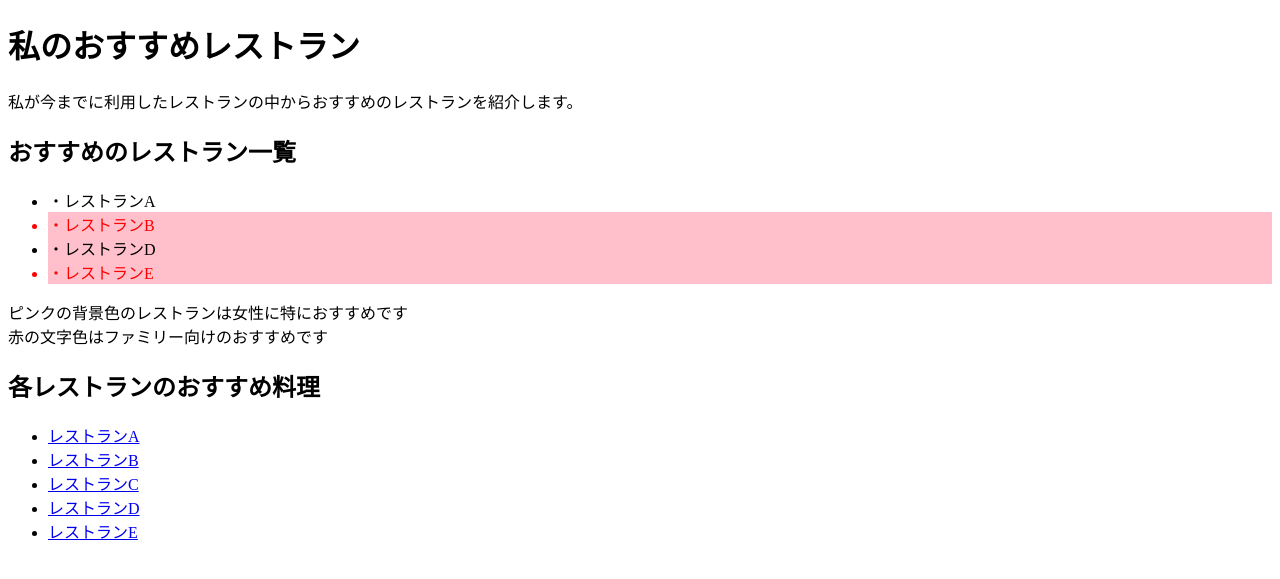
Repository: KubotaAtsushi/samurai_HTML-CSS
Page: test.html
The author's editor kept a record of every edit. The page is drawn from the files as they stood at one moment, then again after the next edit.
The browser window is 1280 px wide. The pictures show the whole page.

Above is the page before.

After the next edit:
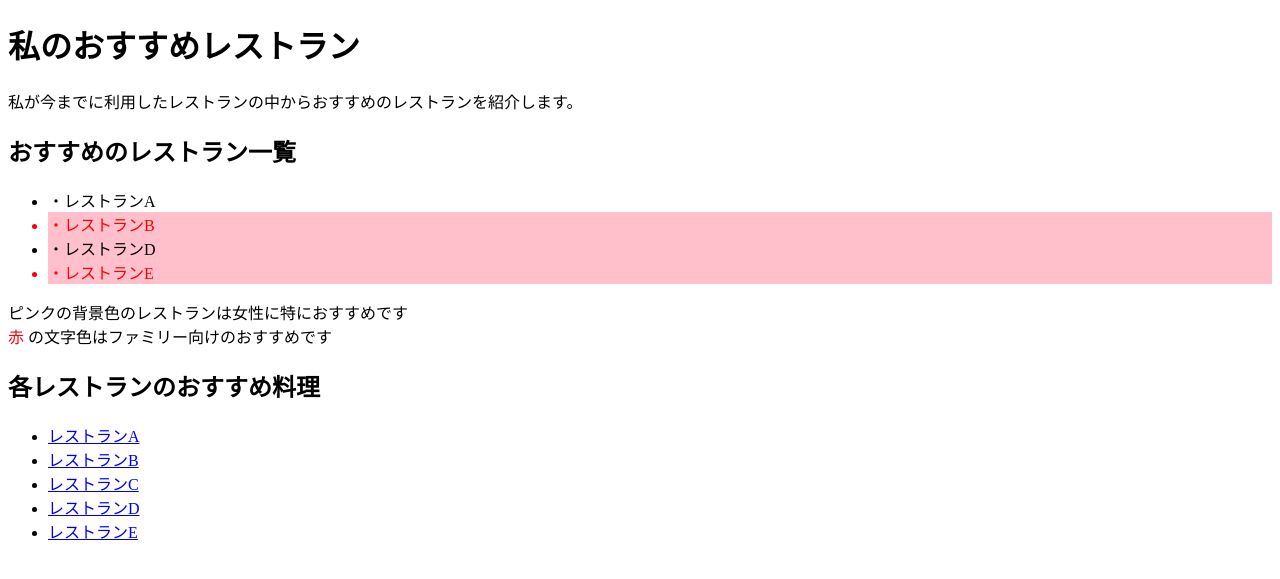
The edit:
--- a/test.html
+++ b/test.html
@@ -18,7 +18,8 @@
                      <font color="red"><li>・レストランE</li></font>
                 </ul>
                 <p>ピンクの背景色のレストランは女性に特におすすめです<br>
-                赤の文字色はファミリー向けのおすすめです</p>
+                 <font color="red">赤
+                 </font>の文字色はファミリー向けのおすすめです</p>
             </div>
           </div>
         <h2>各レストランのおすすめ料理</h2>
